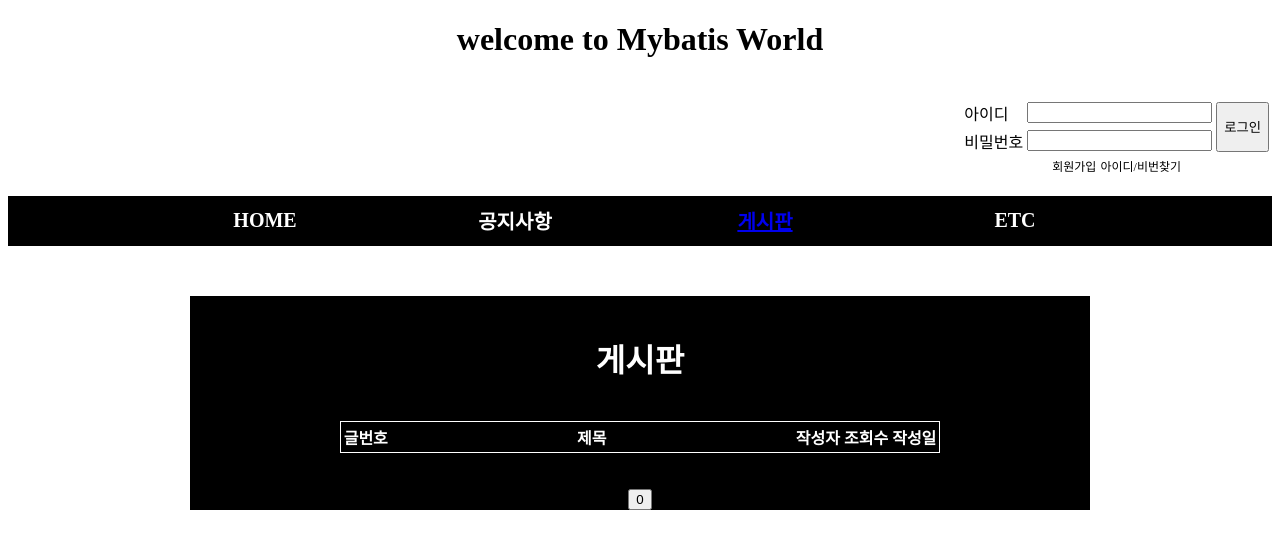
Repository: eru2/Study
Page: http://localhost/mybatisProject/views/board/boardListView.jsp
These files come from the project's save history. The page is drawn as it stood at one moment and after the next save; the edit follows.
The browser window is 1280 px wide. The pictures show the whole page.
The page is served by Tomcat 10. The template is opened directly, without the code that normally fills it, so the values that code supplies are empty.

Above is the page before, as saved 2025-03-07 01:28:38.

After the next save:
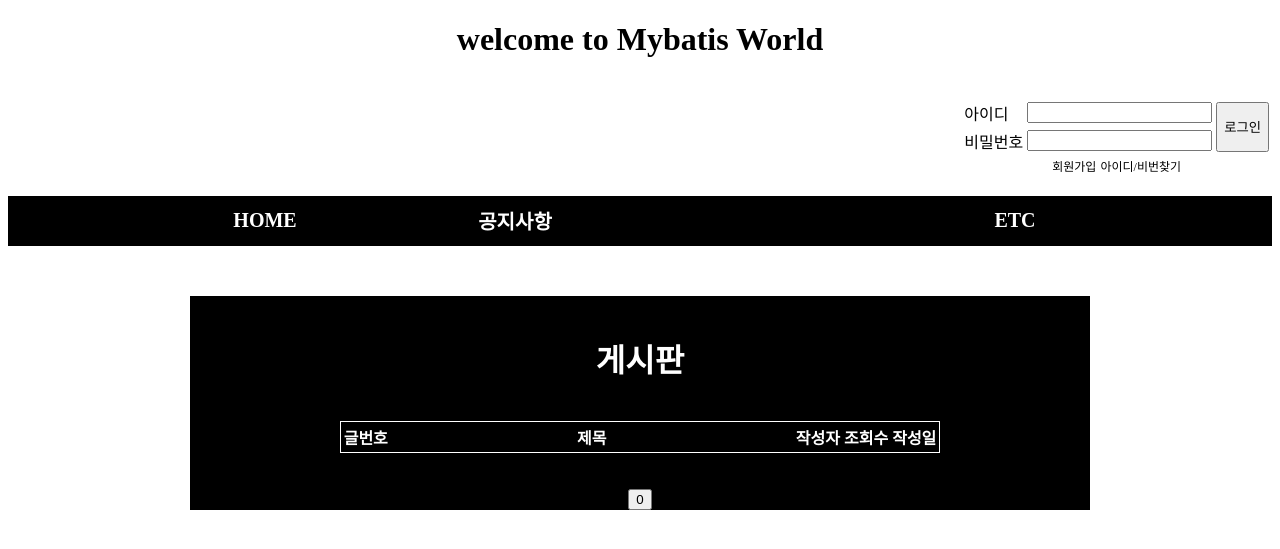
Saved 73 s later.
--- a/08_MyBatis/mybatisProject/src/main/webapp/views/common/menubar.jsp
+++ b/08_MyBatis/mybatisProject/src/main/webapp/views/common/menubar.jsp
@@ -32,6 +32,11 @@
     	color: white;
     	margin: auto;
     	margin-top: 50px;
+    }
+    a{
+   		 text-decoration: none;
+        color: black;
+        font-size: 12px;
     }
 </style>
 </head>
